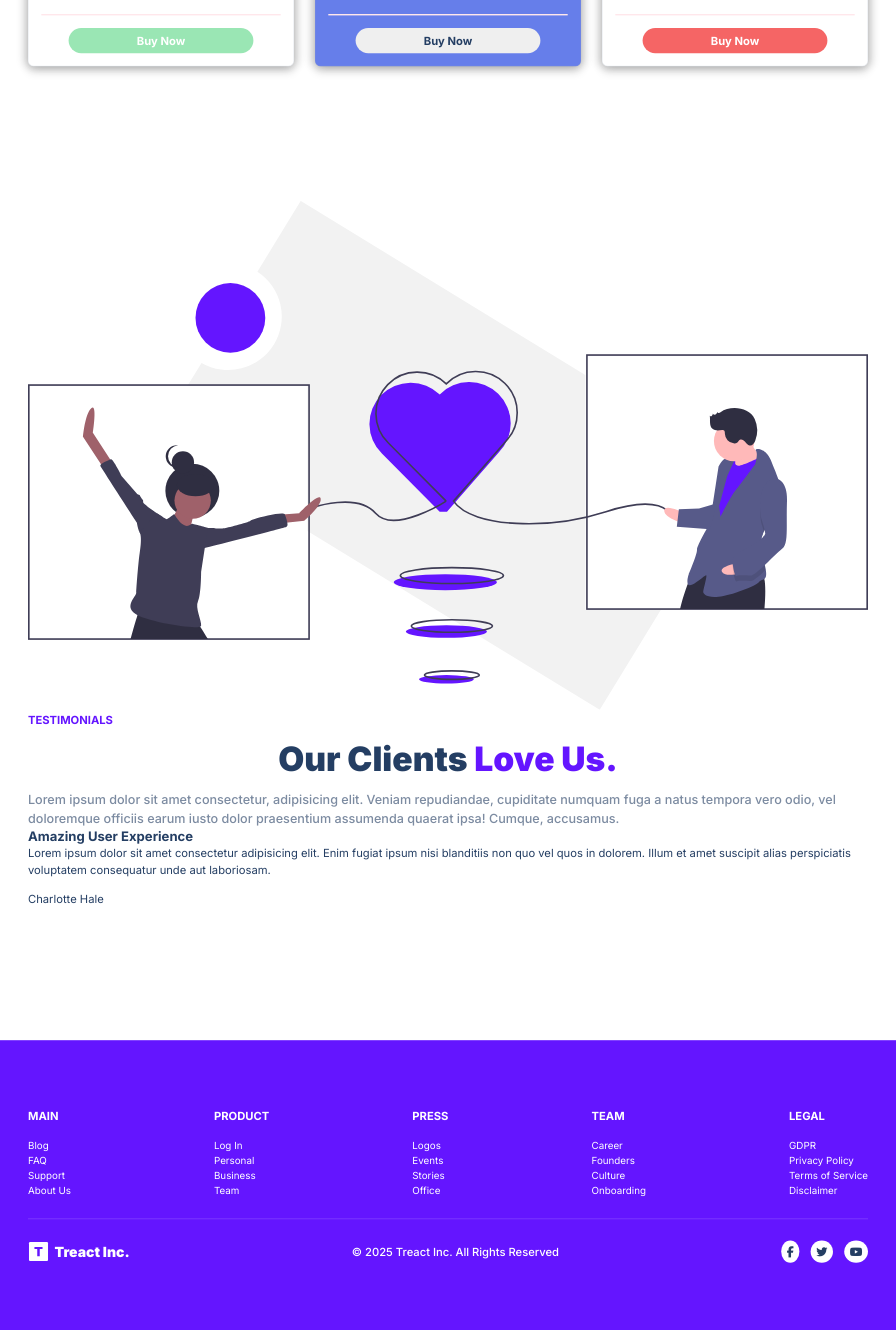
Repository: avivanguyen/m2_fianlProject
Page: index.html
These files come from the project's save history. The page is drawn as it stood at one moment and after the next save; the edit follows.
The browser window is 1280 px wide. The pictures show the part of the page from y = 4390 to 6310 px (the page is 6290 px tall before and 6310 px after), at 70% of full size.
Some web libraries are served in a nearby version.

Above is the page before, as saved 2025-12-11 11:24:08.

After the next save:
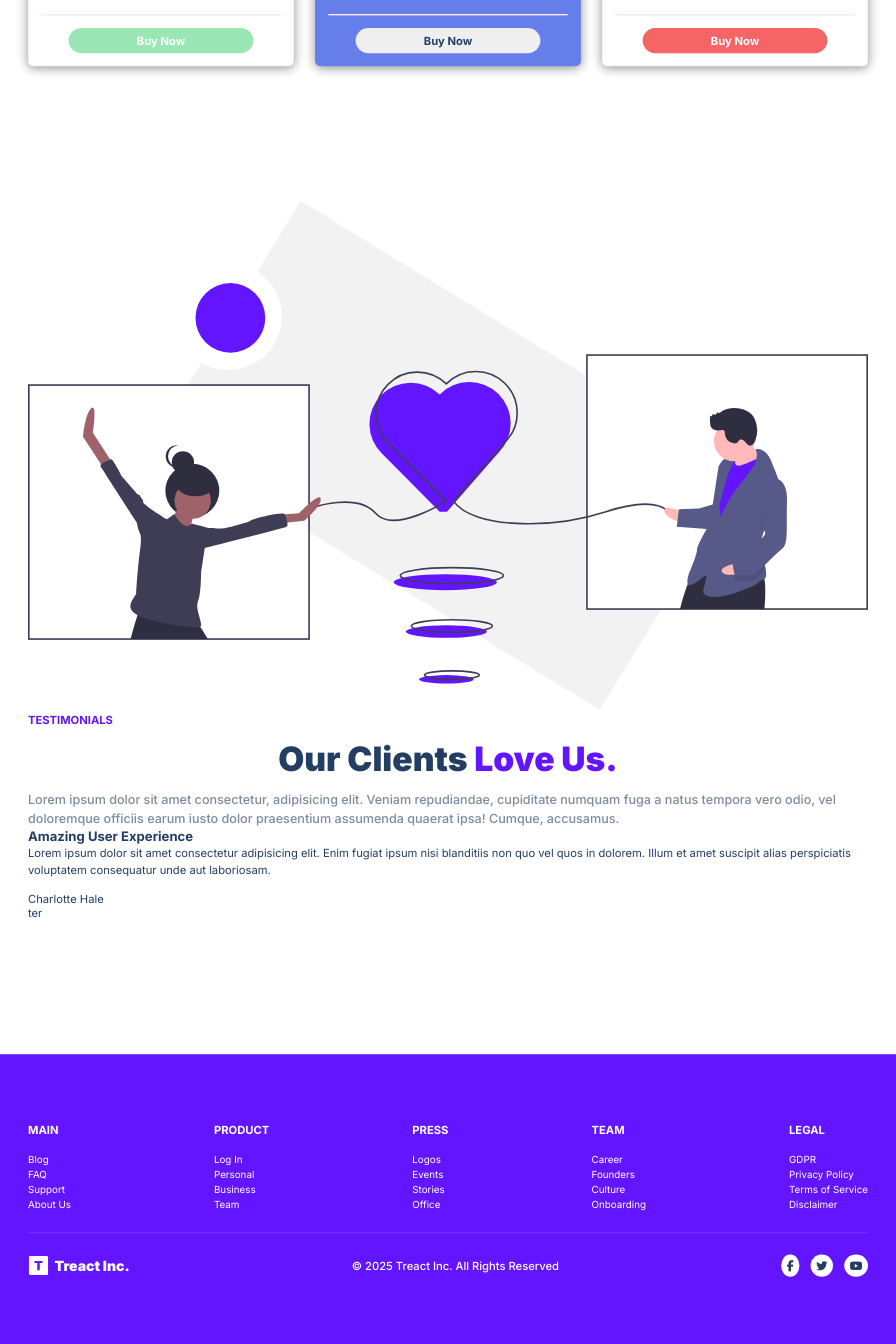
Saved 4 s later.
--- a/index.html
+++ b/index.html
@@ -332,7 +332,7 @@
                                     <img src="" class="testimonial__img" alt="">
                                     <div class="testimonial__details">
                                         <div class="testimonial__name">Charlotte Hale</div>
-
+                                        ter
                                     </div>
                                </div>
                             </div>
